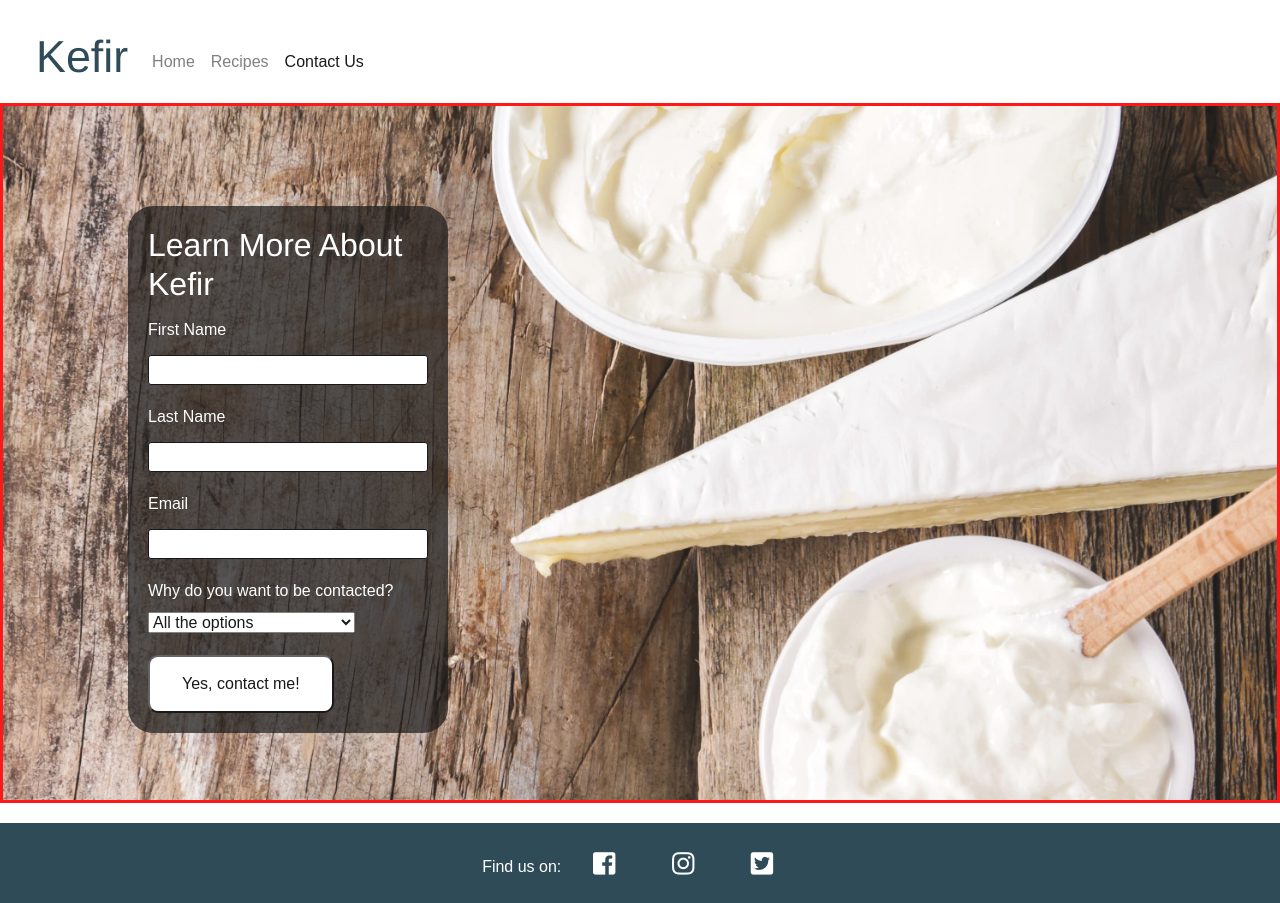
Repository: Code-Institute-Submissions/andna5980-kefir-repo_JuneResub
Page: contact.html
An editor plug-in stored every save of this project. The page is shown before and after the next save, followed by the edit.
The browser window is 1280 px wide. The pictures show the whole page.
Some web fonts or font styles are not loaded; a fallback is used. Some web libraries are served in a nearby version.

Above is the page before, as saved 2021-03-02 23:25:45.

After the next save:
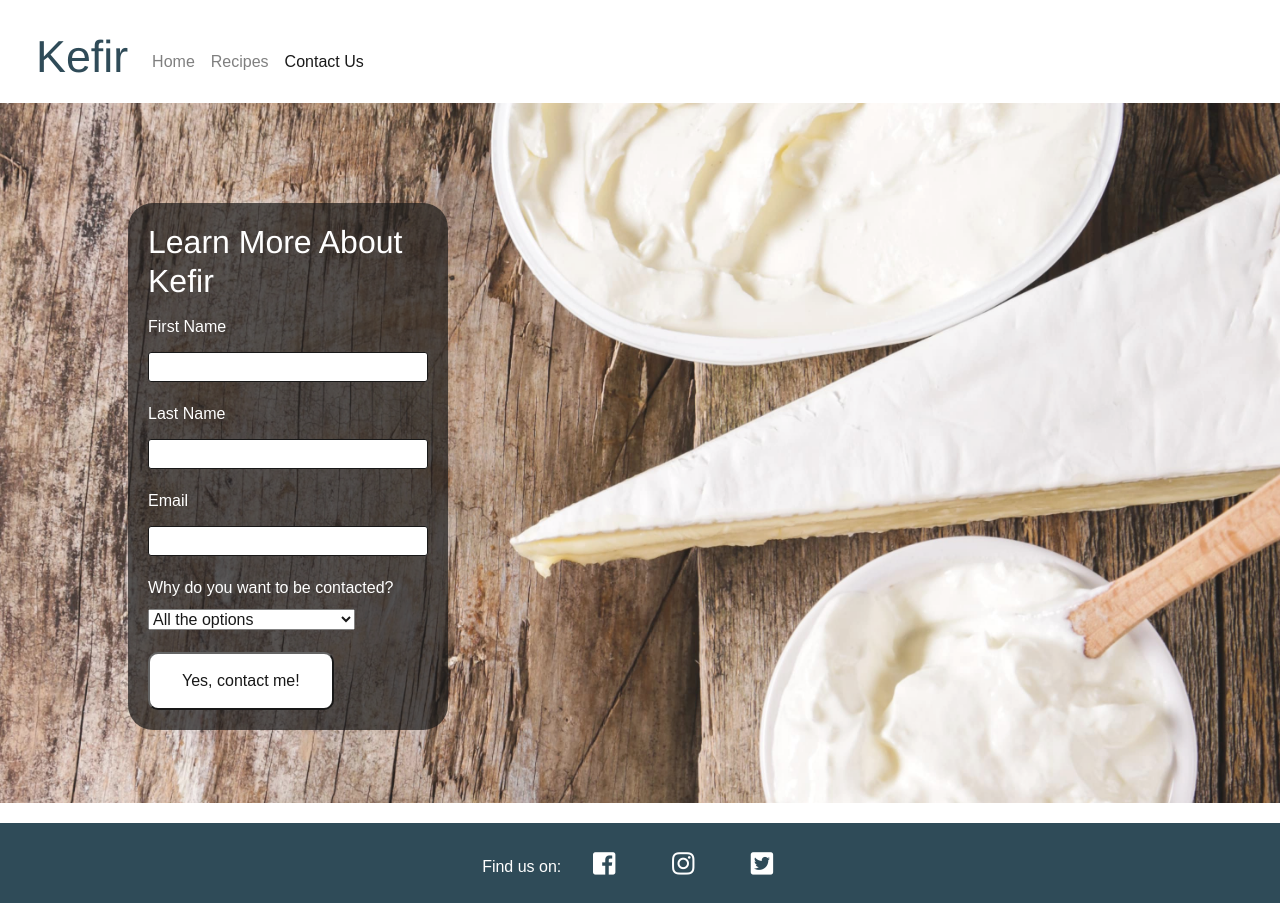
Saved 41 s later.
--- a/contact.html
+++ b/contact.html
@@ -44,7 +44,7 @@
     <!--------------------Form-section-------------------------------------->
 
 
-    <section class="test-red form-section">
+    <section class="form-section">
 
             <form method="POST" action="https://formdump.codeinstitute.net/" class="contact-form">
                 <h2>Learn More About Kefir</h2>
